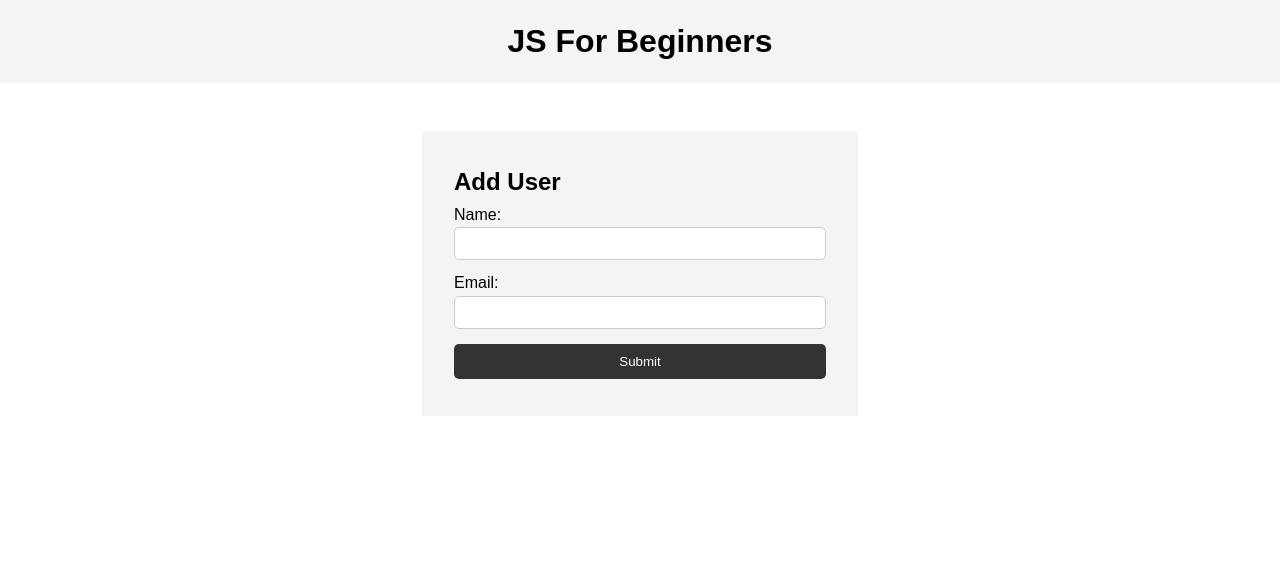
Repository: balkisys/FormationFullStackJS
Page: index.html
These files come from the project's save history. The page is drawn as it stood at one moment and after the next save; the edit follows.
The browser window is 1280 px wide. The pictures show the whole page.

Above is the page before, as saved 2021-03-17 19:46:58.

After the next save:
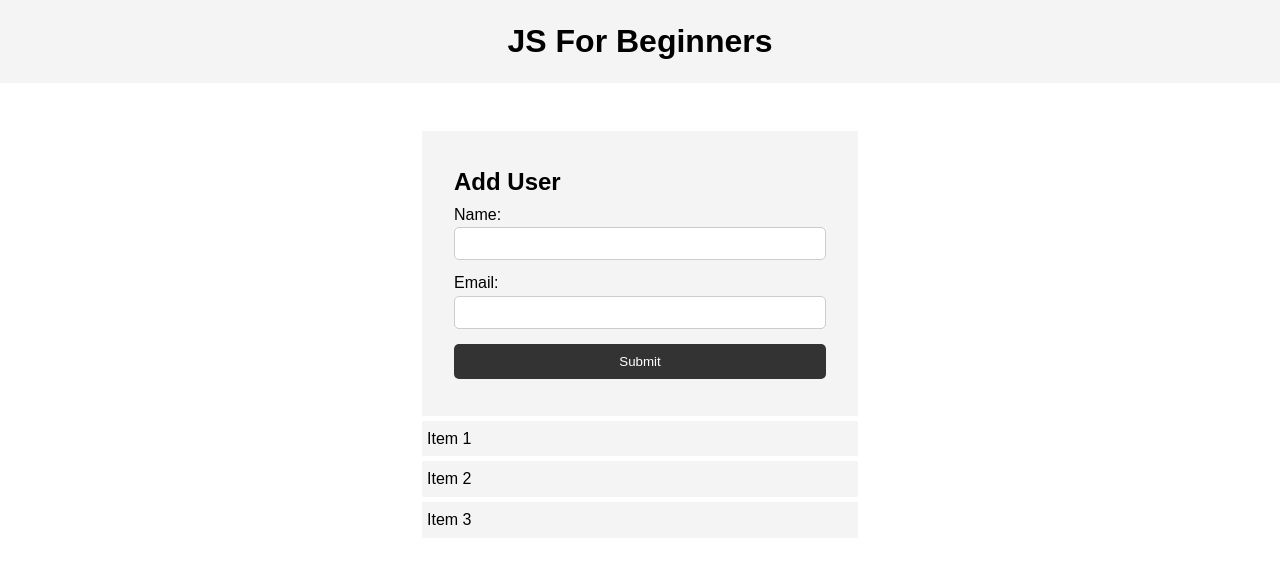
Saved 12 s later.
--- a/index.html
+++ b/index.html
@@ -29,11 +29,11 @@
 
       <ul id="users"></ul>
 
-      <!-- <ul class="items">
+      <ul class="items">
         <li class="item">Item 1</li>
         <li class="item">Item 2</li>
         <li class="item">Item 3</li>
-      </ul> -->
+      </ul>
     </section>
 
 
